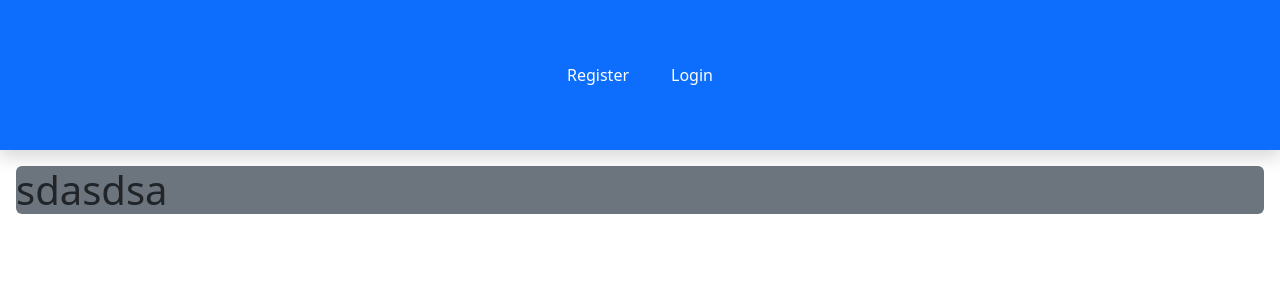
Repository: loveleii/firebase-login-logout
Page: /
The author's editor kept a copy of each file at every save. The page is drawn from the files as they stood at one save, then again after the next save.
The browser window is 1280 px wide. The pictures show the whole page.
The project was rebuilt for these pictures with package versions that can differ from the ones it lists, and the page was loaded fresh each time. Also part of the build but not shown: vite.config.ts, src/views/loginView.vue, src/assets/main.css.

Above is the page before, as saved 2023-03-04 19:29:46.

After the next save:
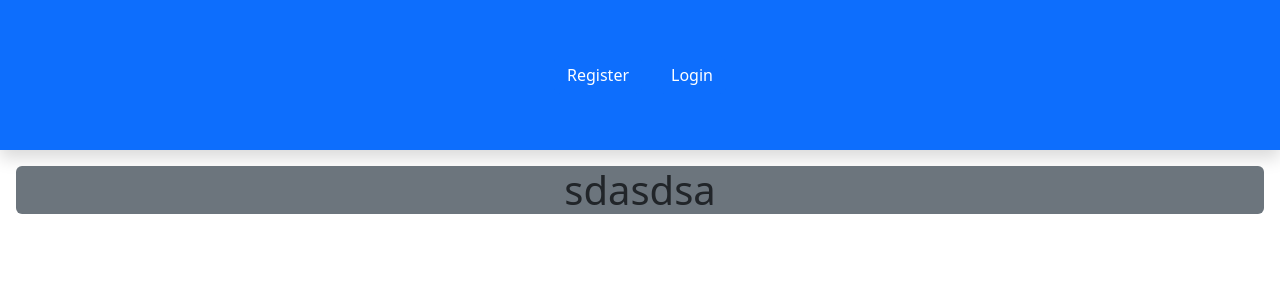
Saved 5 s later.
--- a/src/App.vue
+++ b/src/App.vue
@@ -14,7 +14,7 @@ import { RouterLink, RouterView } from 'vue-router'
             </div>
         </header>
     </div>
-    <div class="center-container m-3 rounded bg-secondary">
+    <div class="center-container m-3 rounded bg-secondary text-center">
       <RouterView />
     </div>
 
